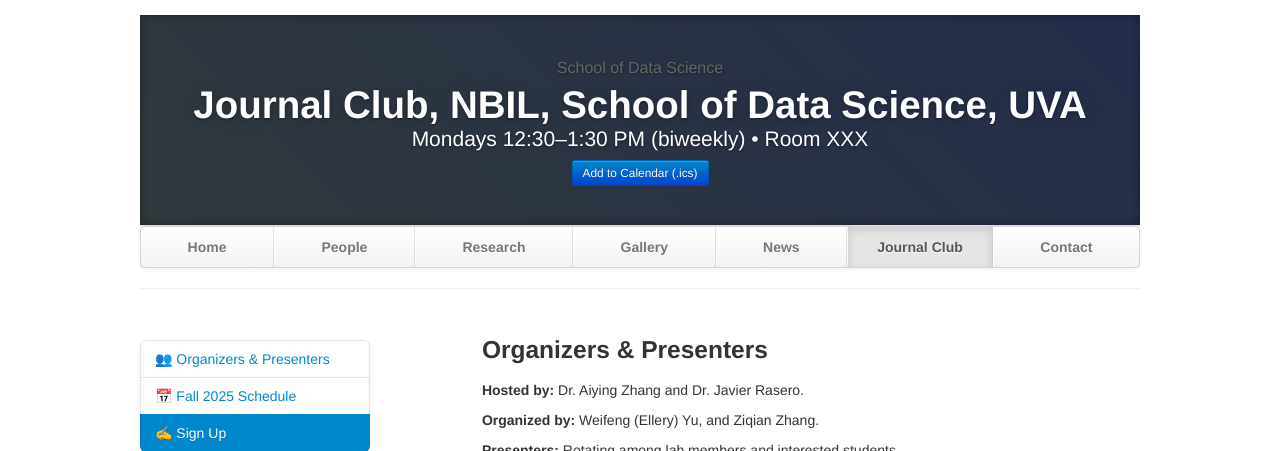
Repository: nbillab/nbillab.io
Page: journalclub.html
An editor plug-in stored every save of this project. The page is shown before and after the next save, followed by the edit.
The browser window is 1280 px wide. The pictures show the part of the page from y = 0 to 451 px (the page is 1501 px tall before and 1442 px after).
Pictures or frames that could not be fetched are drawn as grey boxes.

Above is the page before, as saved 2025-09-09 11:20:51.

After the next save:
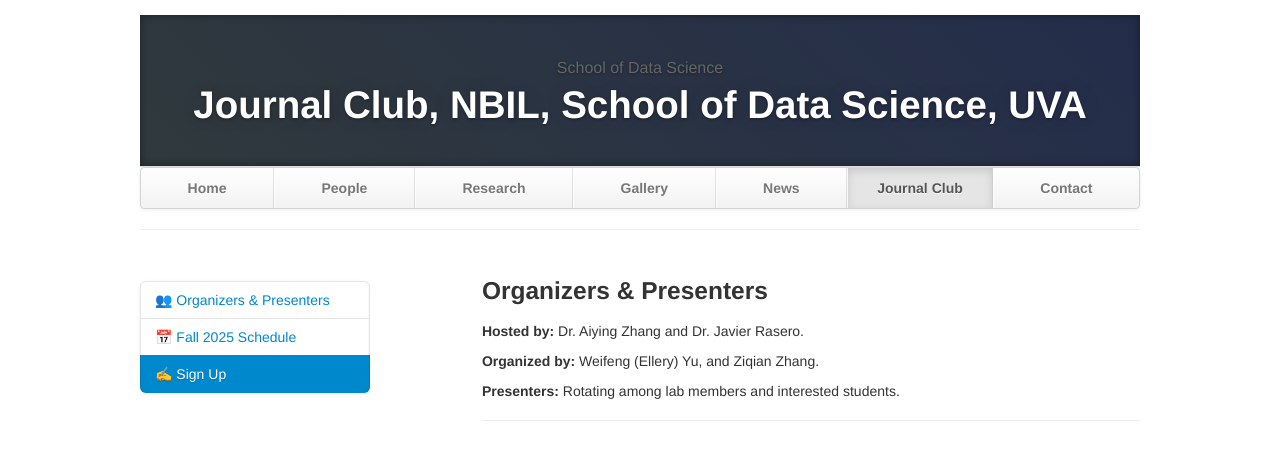
Saved 76 s later.
--- a/journalclub.html
+++ b/journalclub.html
@@ -70,10 +70,7 @@
     <header class="jumbotron subhead" id="overview">
       <p class="lead tiny">School of Data Science</p>
       <h1 class="hero-title">Journal Club, NBIL, School of Data Science, UVA</h1>
-      <p class="lead">Mondays 12:30–1:30 PM (biweekly) • Room XXX</p>
-      <p class="ics-box">
-        <a class="btn btn-small btn-primary" href="nbil_journal_club_fall2025.ics">Add to Calendar (.ics)</a>
-      </p>
+
     </header>
 
     <div class="masthead">
